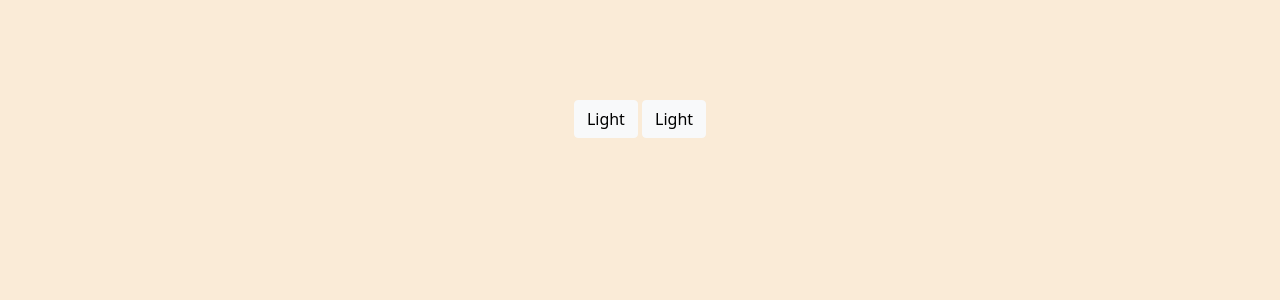
Repository: jontslater/jokegenerator2
Page: /
These files come from the project's save history. The page is drawn as it stood at one moment and after the next save; the edit follows.
The browser window is 1280 px wide. The pictures show the whole page.
The project was rebuilt for these pictures with package versions that can differ from the ones it lists, and the page was loaded fresh each time. Also part of the build but not shown: webpack.config.js.

Above is the page before, as saved 2023-11-20 19:35:56.

### public/main.js
// USE WITH FIREBASE AUTH
// import ViewDirectorBasedOnUserAuthStatus from '../utils/viewDirector';
import 'bootstrap'; // import bootstrap elements and js
import '../styles/main.scss';
import getRequest from '../api/promises';

const init = () => {
  document.querySelector('#app').innerHTML = `
  <button id="getjoke" type="button" class="btn btn-light">Light</button>

  <button id="getjoke2" type="button" class="btn btn-light">Light</button>`;
  console.warn('YOU ARE UP AND RUNNING!');
  document
    .querySelector('#getjoke')
    .addEventListener('click', () => {
      const payload = {};
      getRequest(payload).then;
      console.warn('You clicked that button!');
    });
  document
    .querySelector('#getjoke2')
    .addEventListener('click', () => console.warn('You clicked that button!'));

  // USE WITH FIREBASE AUTH
  // ViewDirectorBasedOnUserAuthStatus();
};

init();

### api/promises.js
const jokeEndpoint = 'https://v2.jokeapi.dev/';

// const postEndpoint = 'https://in-class-promise-e-default-rtdb.firebaseio.com/';

const getRequest = () => new Promise((resolve, reject) => {
  fetch(jokeEndpoint, {
    method: 'GET',
    headers: {
      'Content-Type': 'application/json',
    },
  })
    .then((response) => response.json())
    .then((data) => resolve(data))
    .catch(reject);
});

Loaded but not shown: public/index.html (common file); styles/main.scss (common file)

After the next save:
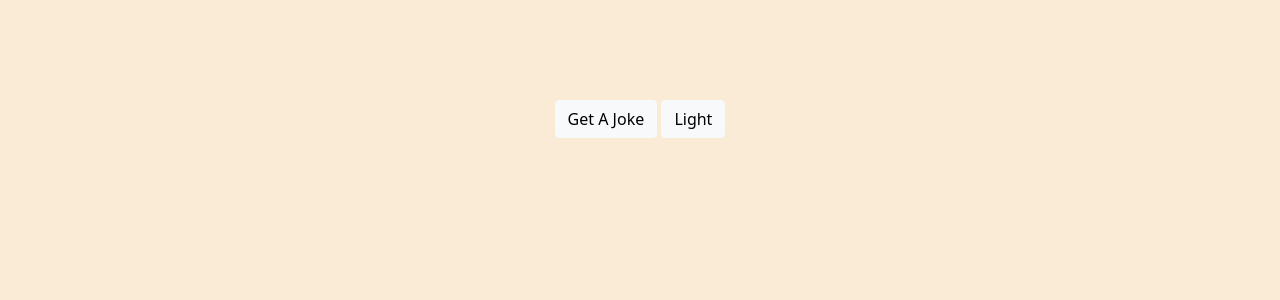
Saved 13 min 11 s later.
--- a/public/main.js
+++ b/public/main.js
@@ -6,16 +6,14 @@ import getRequest from '../api/promises';
 
 const init = () => {
   document.querySelector('#app').innerHTML = `
-  <button id="getjoke" type="button" class="btn btn-light">Light</button>
+  <button id="getjoke" type="button" class="btn btn-light">Get A Joke</button>
 
   <button id="getjoke2" type="button" class="btn btn-light">Light</button>`;
   console.warn('YOU ARE UP AND RUNNING!');
   document
     .querySelector('#getjoke')
     .addEventListener('click', () => {
-      const payload = {};
-      getRequest(payload).then;
-      console.warn('You clicked that button!');
+      getRequest();
     });
   document
     .querySelector('#getjoke2')
